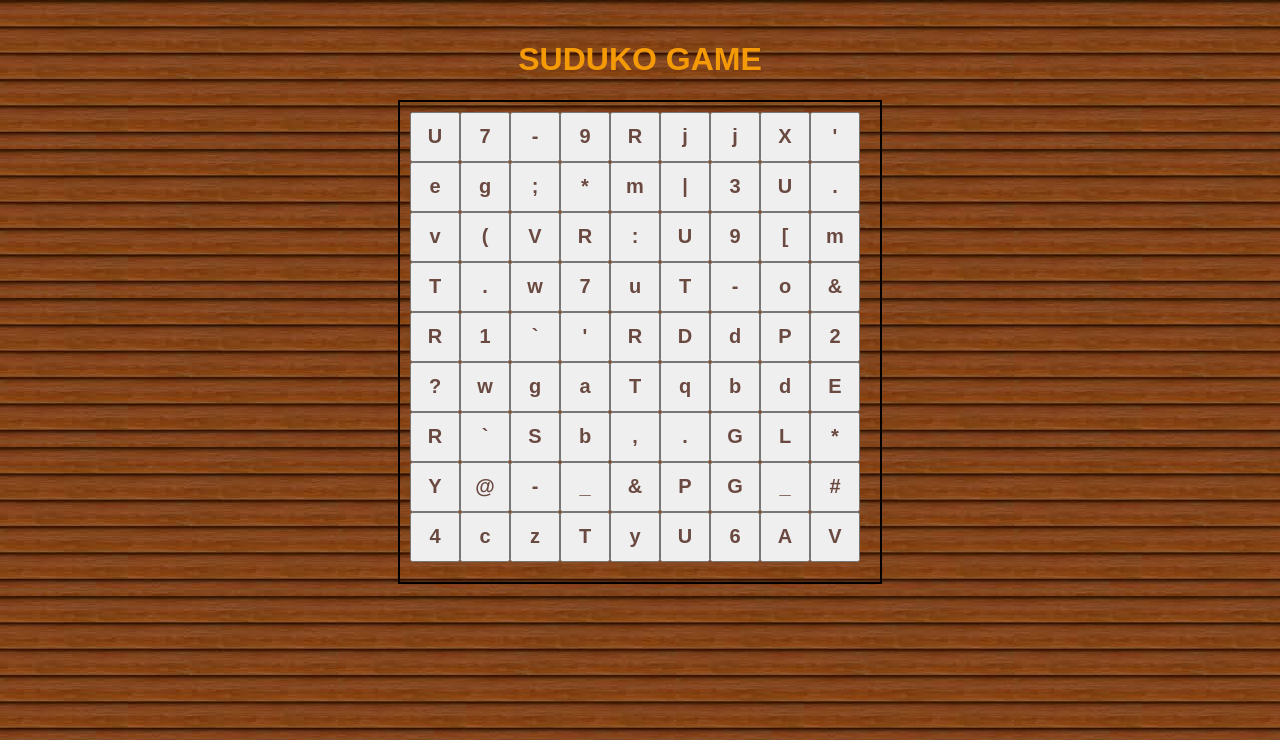
Repository: ahmad8969/Suduko-Game-React-App
Page: /
An editor plug-in stored every save of this project. The page is shown before and after the next save, followed by the edit.
The browser window is 1280 px wide. The pictures show the whole page.
Some web fonts or font styles are not loaded; a fallback is used. The project was rebuilt for these pictures with package versions that can differ from the ones it lists, and the page was loaded fresh each time.

Above is the page before, as saved 2021-03-11 14:05:27.

### src/index.js
import React from 'react';
import ReactDOM from 'react-dom';
import './index.css';
import Board from './board';
import reportWebVitals from './reportWebVitals';

ReactDOM.render(
  <React.StrictMode>
    <Board />
  </React.StrictMode>,
  document.getElementById('root')
);



// If you want to start measuring performance in your app, pass a function
// to log results (for example: reportWebVitals(console.log))
// or send to an analytics endpoint. Learn more: https://bit.ly/CRA-vitals
reportWebVitals();

### src/board.js
import React, { useState}  from 'react';   //{useState}
import './App.css';
import Block from './components/block'
import NineBlock from './components/nineBlockComponent';

// function useForceUpdate(){
//   const [counter,setCounter]= useState(0);
//   return setCounter(counter+1);


// }
function Board () {
  const xAxis_Selection_Array=   [];
  const yAxis_Selection_Array=   [];
  const DiagonalSelectionUpward_Selection_Array= [];
  const DiagonalSelectionUpwardLeftUp_selection_Array= [];
  const DiagonalSelectionDownward_selection_Array= [];
  const DiagonalSelectionDownwardLeftDown_selection_Array= [];
  const complete_blocks_Array = [];

  const nine_block_Element_into_Nine = [0,1,2,3,4,5,6,7,8];
  const single_block_Into_Nine = [0,1,2,3,4,5,6,7,8];
  const [getting_current_id, setGetting_current_id]=useState();
  const [Iid, setIid]=useState();
  const [Jid, setJid]=useState();
  const [isClicked,  setIsClicked]= useState(false);
  const [count,setCount]= useState(0);




  const Click = (idOfSpecificButton,i,j,click) =>{

    setGetting_current_id(idOfSpecificButton);
    setIid(i);
    setJid(j);
    setIsClicked(!click);
    setCount(count+1);
    console.log(Iid,Jid,getting_current_id);
  }

  const XaxisSelection = (i)=>{
    for(let xAxis= 0; xAxis<=8; xAxis++){
      let creatId= `${i}${xAxis}`;
      document.getElementById(creatId).style.backgroundColor="indigo";
      xAxis_Selection_Array.push(creatId);
    }
  }

  const YaxisSelection = (i)=> {
    for(let xAxis1= 0; xAxis1<=8; xAxis1++){
      let creatId=  `${xAxis1}${i}`;
      document.getElementById(creatId).style.backgroundColor="indigo";

      yAxis_Selection_Array.push(creatId);
    }
  }

  const DiagonalSelectionUpward = (selectedId)=>{
  let array_of_length= nine_block_Element_into_Nine.length;
  console.log(array_of_length);
  console.log(typeof(array_of_length));
  let get_the_id_of_current_box= parseInt(selectedId);
  console.log(get_the_id_of_current_box);
    for(let hello=get_the_id_of_current_box; hello>=0; hello-=array_of_length){
      if(hello<=9){
        if(hello===9){
          return;
        }else{
        var concatination = 0+`${hello}`;
        document.getElementById(concatination).style.backgroundColor="indigo";
        DiagonalSelectionUpward_Selection_Array.push(concatination);

      }
      } else if(hello===19 || hello===29 || hello===39 || hello===49 || hello===59 || hello===69 || hello===79){
        return;
      }
      else{
        document.getElementById(`${hello}`).style.backgroundColor="indigo";
        DiagonalSelectionUpward_Selection_Array.push(`${hello}`);

      }

    }
  }
        const DiagonalSelectionUpwardLeftUp = (selectedId)=>{
          let array_of_length= 2 + nine_block_Element_into_Nine.length;
          console.log(array_of_length);
          console.log(typeof(array_of_length));
          let get_the_id_of_current_box= parseInt(selectedId);
          console.log(get_the_id_of_current_box);
            for(let hello=get_the_id_of_current_box; hello>=0; hello-=array_of_length){
              if(hello<=9){
                var concatination = 0+`${hello}`;
                document.getElementById(concatination).style.backgroundColor="indigo";
                DiagonalSelectionUpwardLeftUp_selection_Array.push(concatination);
                return;

              } else if( hello===9 || hello===19 || hello===29 || hello===39 || hello===49 || hello===59 || hello===69 || hello===79){
                return;
              }
              else{
                document.getElementById(`${hello}`).style.backgroundColor="indigo";
                DiagonalSelectionUpwardLeftUp_selection_Array.push(`${hello}`);
              }
              console.log(DiagonalSelectionUpwardLeftUp_selection_Array);
            }

          }


        const DiagonalSelectionDownward= (selectedId)=>{
          let array_of_length= nine_block_Element_into_Nine.length;
          console.log(array_of_length);
          console.log(typeof(array_of_length));
          let get_the_id_of_current_box= parseInt(selectedId);
          console.log(get_the_id_of_current_box);
    for(let hello=get_the_id_of_current_box; hello<=88; hello+=array_of_length){
      if(hello===0){
        return;
      }
      else if(hello<=9){
        var concatination = 0+`${hello}`;
        document.getElementById(concatination).style.backgroundColor="indigo";
        DiagonalSelectionDownward_selection_Array.push(concatination);
      } else if(hello===19 || hello===29 || hello===39 || hello===49 || hello===59 || hello===69 || hello===79){
        return;
      }
      else{
        document.getElementById(`${hello}`).style.backgroundColor="indigo";
        DiagonalSelectionDownward_selection_Array.push(`${hello}`);
      }


    }console.log(DiagonalSelectionDownward_selection_Array)
        }
        const DiagonalSelectionDownwardLeftDown= (selectedId)=>{
          let array_of_length= 2 +  nine_block_Element_into_Nine.length;
  console.log(array_of_length);
  console.log(typeof(array_of_length));
  let get_the_id_of_current_box= parseInt(selectedId);
  console.log(get_the_id_of_current_box);
    for(let hello=get_the_id_of_current_box; hello<=88; hello+=array_of_length){
      if(hello === 0){
        return;
      }
      else if(hello<=9){
        var concatination = 0+`${hello}`;
        document.getElementById(concatination).style.backgroundColor="indigo";
        DiagonalSelectionDownwardLeftDown_selection_Array.push(concatination);
      } else if( hello===19 || hello===29 || hello===39 || hello===49 || hello===59 || hello===69 || hello===79){
        return;
      }
      else{
        document.getElementById(`${hello}`).style.backgroundColor="indigo";
        DiagonalSelectionDownwardLeftDown_selection_Array.push(`${hello}`);
      }

    }console.log(DiagonalSelectionDownwardLeftDown_selection_Array);
        }
        // const gettingRandomNumber = () => {
        //   let random = Math.floor(Math.random() * (65 - 90)) + 90;
        //   let character = String.fromCharCode(random);
        //   return character;
        // }

        const creatingReadOnlyBlock = () => {
          nine_block_Element_into_Nine.map((val)=>{
          return  single_block_Into_Nine.map((valu)=>{
              let valueOfId= `${val}${valu}`;
              return complete_blocks_Array.push(valueOfId);
            });
          })
        }
        const filter_two_arrays= ()=> {
          const complete_selection_array = [...xAxis_Selection_Array,
            ...yAxis_Selection_Array,
            ...DiagonalSelectionUpward_Selection_Array,
            ...DiagonalSelectionUpwardLeftUp_selection_Array,
            ...DiagonalSelectionDownward_selection_Array,
            ...DiagonalSelectionDownwardLeftDown_selection_Array
          ];
            let filteredId = complete_blocks_Array.filter((id) => !complete_selection_array.includes(id));
            filteredId.map((id) => {
              return (document.getElementById(id).disabled = true);
            });
        }

        const changeStateHandler = (getting_current_id,Iid,Jid) => {
          document.getElementById(getting_current_id).style.color="green";
          XaxisSelection(Iid);
          YaxisSelection(Jid);
          DiagonalSelectionUpward(getting_current_id);
          DiagonalSelectionDownward(getting_current_id);
          DiagonalSelectionDownwardLeftDown(getting_current_id);
          DiagonalSelectionUpwardLeftUp(getting_current_id);

        }
         if(Iid && Jid && getting_current_id !=null){
          if(count>1){
             return (

    <div className="App">
    <h1>SUDUKO GAME </h1>
    <div className="board_nine_block_Style">
    {nine_block_Element_into_Nine.map((s,i)=>{
      return(
      <div>

      <NineBlock id={i}>
        {single_block_Into_Nine.map((s,j)=>


          <Block  rowId={i}  click={Click} colId={j} keys={`${i}${j}`} isclick={isClicked}></Block>

        )}

      </NineBlock>
      </div>
      )
    })
    }
    </div>
    </div>
  );
          }
          changeStateHandler(getting_current_id,Iid,Jid);
          creatingReadOnlyBlock();
          filter_two_arrays();


        }


        // console.log(complete_selection_array);



        // console.log(complete_blocks_Array);




  return (

    <div className="App">
    <h1>SUDUKO GAME </h1>
    <div className="board_nine_block_Style">
    {nine_block_Element_into_Nine.map((s,i)=>{
      return(
      <div>

      <NineBlock id={i}>
        {single_block_Into_Nine.map((s,j)=>


          <Block  rowId={i}  click={Click} colId={j} keys={`${i}${j}`} isclick={isClicked}></Block>

        )}

      </NineBlock>
      </div>
      )
    })
    }
    </div>
    </div>
  );
}

export default Board;

### src/App.css
@import url('http://fonts.cdnfonts.com/css/game');
.App {
  text-align: center;
  background-image: url('images/download.jpg');
  color:rgb(245, 154, 7);
  padding-top:20px;
  font-family: 'GAME', sans-serif;
  /* display: flex; */
   height: 100vh !important;
  /* width: 490px !important; */
  margin: 0 auto;

}

.board_nine_block_Style{
  height: 460px !important;
  width: 460px !important;
  border:2px solid black !important;
  padding: 10px;
  margin:  auto !important;
  /* display: flex; */
  /* grid-column-gap: 0px !important;
  grid-row-gap: 0px !important;
  grid-template-columns:repeat(3,1fr)!important; */
}
.heading{
  color: white;
  text-align:center;
  padding-top:50px!important;
  /* margin-top: 10px!important; */
  font-size: 30px;

}


/* @keyframes App-logo-spin {
  from {
    transform: rotate(0deg);
  }
  to {
    transform: rotate(360deg);
  }
} */

### src/components/block.js
import React, {useState, useEffect} from 'react';

import './block.css';


const Block = ({rowId,colId,keys,click,isclick})=>{
    // var uniqueId = `${rowId}`+ `${colId}`;

    const[value, setValue]= useState()
    const[isClicked, setIsClicked]= useState(false);

    useEffect(() => {
    randomCharacters();
      }, []);
    const randomCharacters = () => {
    let random_ascii = Math.floor(Math.random() * (126 - 33 + 1)) + 33;
    let charVal = String.fromCharCode(random_ascii);
    setValue(charVal);
  };





    // const changeState = (e) => {
    //     setCounter(counter+1);

    //     if(counter == 0){
    //         props.click();
    //     setIsClicked(!isClicked);
    //     console.log(counter)
    //     }
    //     else if(counter > 0){
    //         console.log(counter)
    //         alert("jfksjfkjsalj")
    //         return;
    //     }

    // }
    const onChangeHandler = (e) =>{
        let getting_Current_Value = e.target.value;
        console.log(getting_Current_Value);
        setValue(getting_Current_Value)
    }
    const onKeyUpHandler = (e) =>{


        if(e.keyCode ===13){
            if(e.target.value ===''){
                alert("fill this");
            }else{
            setIsClicked(!isClicked);
        }
        }
    }
    const onFocusOuts = (e) =>{
        let previousValue = e.target.value;
        console.log(previousValue);
            if(previousValue === ''){
                setValue(value);
            }else{
                setValue(previousValue);
            }

    }

    if(isClicked){
        return <input className="inputStyle" value={value}
         onKeyUp={(e)=>{onKeyUpHandler(e)}}
         onChange={(e) => {onChangeHandler(e)}}
         onBlur={(e) => {onFocusOuts(e)}}
          type="text"/>;
    }

return(
    <div className="button_block">
    <button id={keys} onClick={(e)=>{setIsClicked(isclick);click(keys, rowId, colId,isClicked,e)}} value={value}> {value}</button>
    </div>

)
}

export default Block;

### src/components/nineBlockComponent.js
import React from 'react';
// import Block from './block'
import './block.css'

const NineBlockBox = (props) =>{

    return (
        <div className="nine_block_Style">
            {props.children}
        </div>
    )
}
export default NineBlockBox;




// {single_block_Into_Nine.map((s,i)=>{
//     let random = Math.floor(Math.random() * (49 - 57)) + 57;
//     const character = String.fromCharCode(random);

//   return(
//     <div>
//       {/* <Block keyId={i} boardId={props.id}  number={character}/> */}
//       {props.children}
//       </div>
//   )
//   })}

### src/components/block.css
.button_block button{
    height: 50px !important;
    width: 50px !important;
    /* background-image: url('../images/wood.jpg'); */
    /* background-color: aquamarine !important; */
    margin: 0!important;
    font-size: 20px!important;
    font-weight:600;
    /* color:rgb(109,84,62); */
    color: #6a4940;
}
.nine_block_Style{
    /* height: 150px !important;
    width: 150px !important; */
    /* border:2px solid rgb(245, 154, 7) !important; */
    display: flex;
    /* margin: auto!important; */

    /* grid-template-columns:repeat(3,1fr)!important;
    grid-column-gap: 0px !important;
    grid-row-gap: 0px !important; */
}
.button_block1{
    height: 40px !important;
    width: 40px !important;
    /* background-image: url('../images/wood.jpg'); */
    /* background-color: aquamarine !important; */
    margin: 0!important;
    font-size: 20px!important;
    font-weight:600;
    /* border:2px solid black; */
    /* color:rgb(109,84,62); */
    color: #6a4940;
}
.inputStyle{
    width:42.7px !important;
    height:44px !important;
    font-size:20px !important;
    font-weight:600;
    color: white;
    /* padding: auto!important; */
    text-align: center !important;
    background-color: green !important;
}

Loaded but not shown: public/index.html (common file); src/index.css (common file); src/reportWebVitals.js (common file)

After the next save:
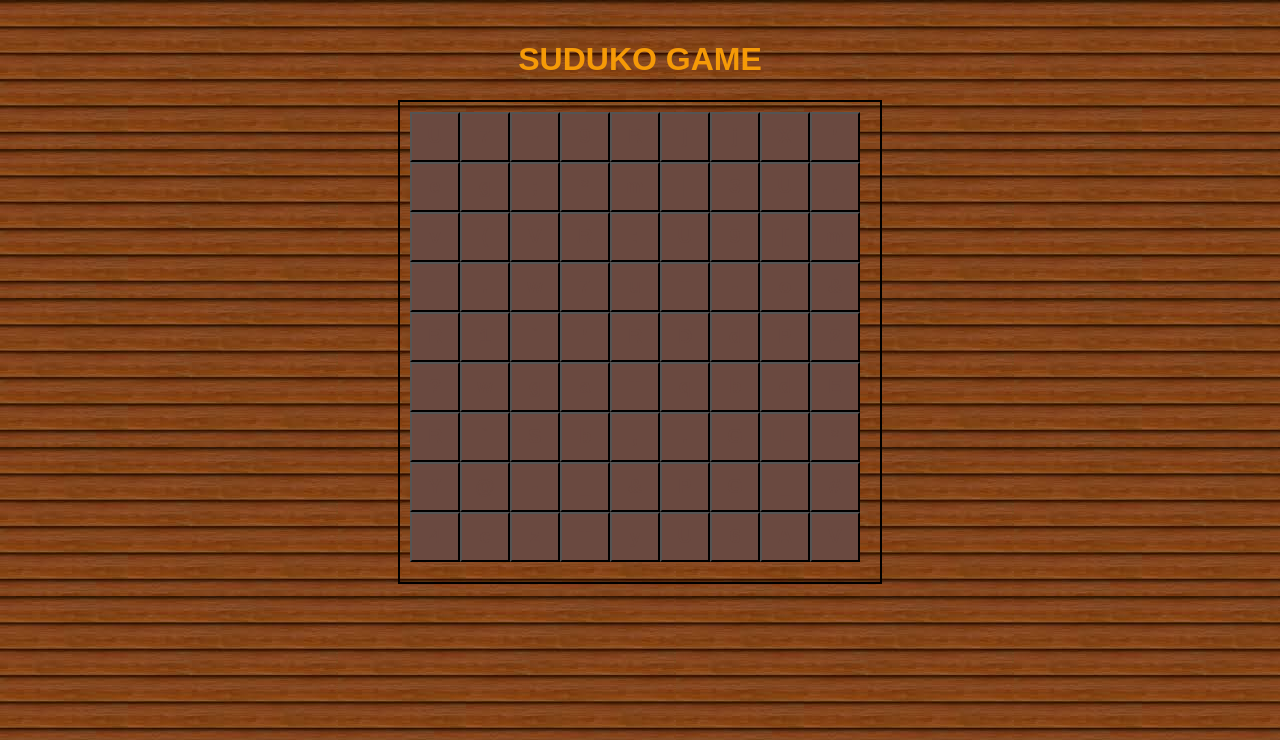
Saved 91 s later.
--- a/src/components/block.css
+++ b/src/components/block.css
@@ -1,44 +1,45 @@
-.button_block button{
-    height: 50px !important;
-    width: 50px !important;
-    /* background-image: url('../images/wood.jpg'); */
-    /* background-color: aquamarine !important; */
-    margin: 0!important;
-    font-size: 20px!important;
-    font-weight:600;
-    /* color:rgb(109,84,62); */
-    color: #6a4940;
+.button_block button {
+  height: 50px !important;
+  width: 50px !important;
+  /* background-image: url('../images/wood.jpg'); */
+  /* background-color: aquamarine !important; */
+  margin: 0 !important;
+  font-size: 20px !important;
+  font-weight: 600;
+  /* color:rgb(109,84,62); */
+  color: #6a4940;
+  background-color: #6a4940 !important;
 }
-.nine_block_Style{
-    /* height: 150px !important;
+.nine_block_Style {
+  /* height: 150px !important;
     width: 150px !important; */
-    /* border:2px solid rgb(245, 154, 7) !important; */
-    display: flex;
-    /* margin: auto!important; */
+  /* border:2px solid rgb(245, 154, 7) !important; */
+  display: flex;
+  /* margin: auto!important; */
 
-    /* grid-template-columns:repeat(3,1fr)!important;
+  /* grid-template-columns:repeat(3,1fr)!important;
     grid-column-gap: 0px !important;
     grid-row-gap: 0px !important; */
 }
-.button_block1{
-    height: 40px !important;
-    width: 40px !important;
-    /* background-image: url('../images/wood.jpg'); */
-    /* background-color: aquamarine !important; */
-    margin: 0!important;
-    font-size: 20px!important;
-    font-weight:600;
-    /* border:2px solid black; */
-    /* color:rgb(109,84,62); */
-    color: #6a4940;
+.button_block1 {
+  height: 40px !important;
+  width: 40px !important;
+  /* background-image: url('../images/wood.jpg'); */
+  /* background-color: aquamarine !important; */
+  margin: 0 !important;
+  font-size: 20px !important;
+  font-weight: 600;
+  /* border:2px solid black; */
+  /* color:rgb(109,84,62); */
+  color: #6a4940;
 }
-.inputStyle{
-    width:42.7px !important;
-    height:44px !important;
-    font-size:20px !important;
-    font-weight:600;
-    color: white;
-    /* padding: auto!important; */
-    text-align: center !important;
-    background-color: green !important;
+.inputStyle {
+  width: 42.7px !important;
+  height: 44px !important;
+  font-size: 20px !important;
+  font-weight: 600;
+  color: white;
+  /* padding: auto!important; */
+  text-align: center !important;
+  background-color: green !important;
 }
